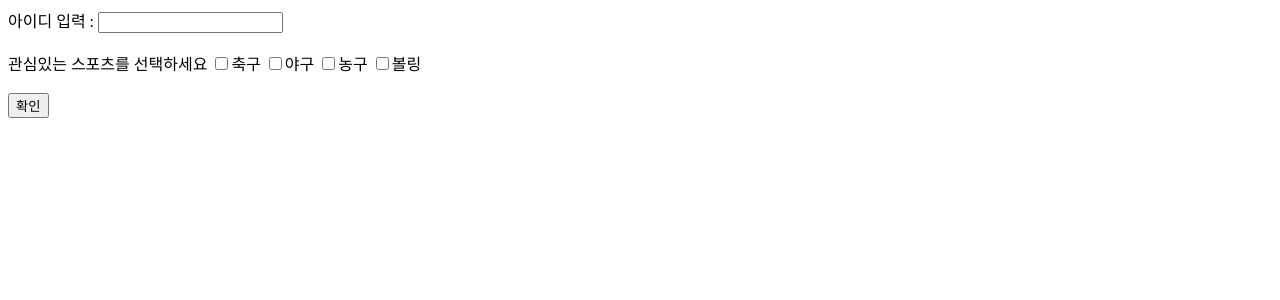
Repository: ajtwls1256/Web-workspace
Page: Day55-jspTag/WebContent/EL/param.html
These files come from the project's save history. The page is drawn as it stood at one moment and after the next save; the edit follows.
The browser window is 1280 px wide. The pictures show the whole page.

Above is the page before, as saved 2019-10-14 02:54:07.

After the next save:
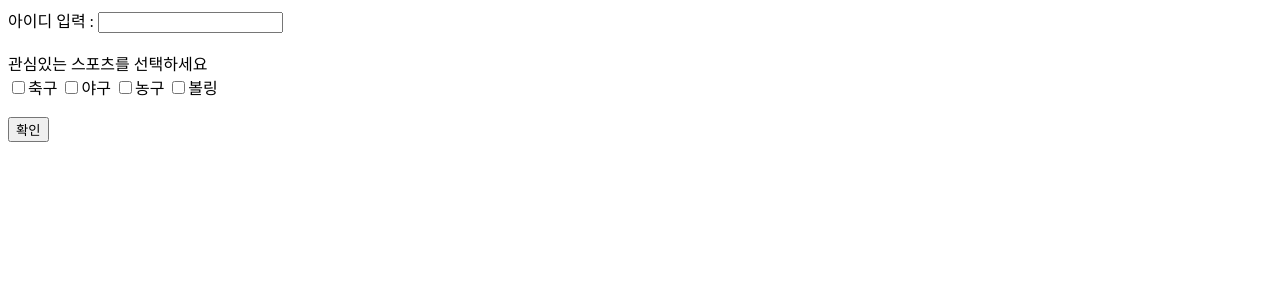
Saved 16 s later.
--- a/Day55-jspTag/WebContent/EL/param.html
+++ b/Day55-jspTag/WebContent/EL/param.html
@@ -8,7 +8,7 @@
 	<form action="/jsp/EL/jsp_EL_Test6.jsp" method="post">
 		아이디 입력 : <input type="text" name="id"><br>
 		<br>
-		관심있는 스포츠를 선택하세요
+		관심있는 스포츠를 선택하세요<br>
 		<input type="checkbox" name="sports" value="축구">축구
 		<input type="checkbox" name="sports" value="축구">야구
 		<input type="checkbox" name="sports" value="축구">농구
